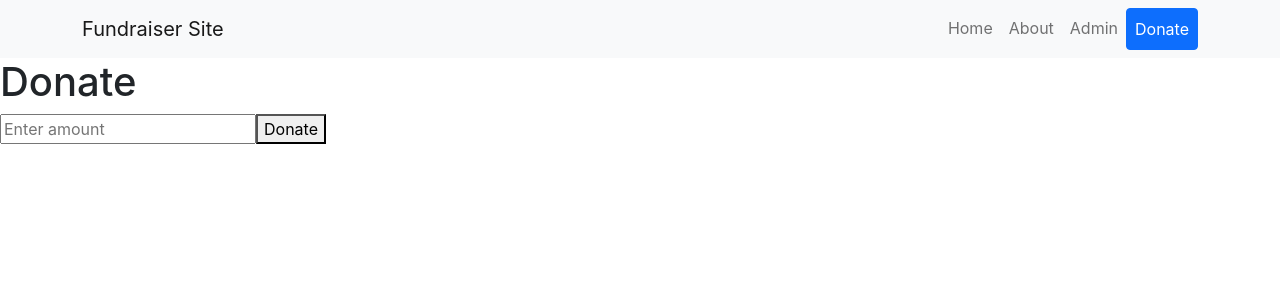
Repository: DragonFruit8/Fundraiser-Page
Page: /donate
An editor plug-in stored every save of this project. The page is shown before and after the next save, followed by the edit.
The browser window is 1280 px wide. The pictures show the whole page.
The project was rebuilt for these pictures with package versions that can differ from the ones it lists, and the page was loaded fresh each time. Also part of the build but not shown: src/pages/HomeContainer.js, src/pages/About.js, src/pages/Admin.js.

Above is the page before, as saved 2024-07-19 12:58:15.

After the next save:
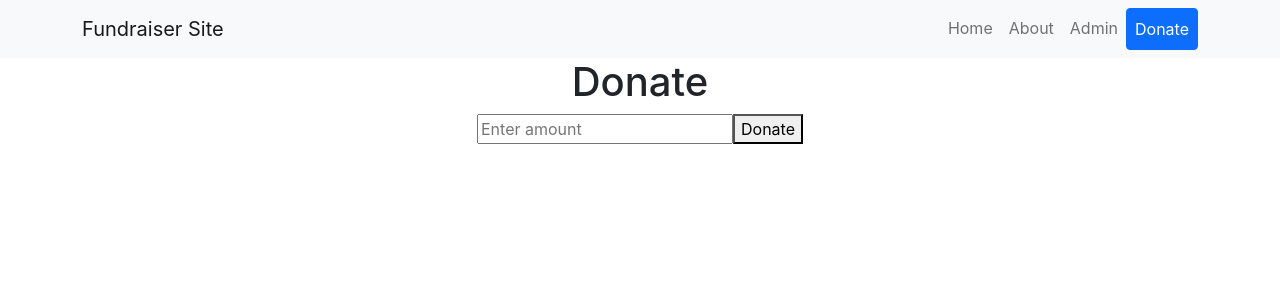
Saved 20 s later.
--- a/src/pages/Donate.js
+++ b/src/pages/Donate.js
@@ -1,5 +1,10 @@
 import React, { useState } from 'react';
+import styled from 'styled-components';
 import axios from 'axios';
+
+const DonateContainer = styled.div`
+  text-align: center;
+`;
 
 const Donate = () => {
     const [amount, setAmount] = useState('');
@@ -15,7 +20,7 @@ const Donate = () => {
     };
 
     return (
-        <div>
+        <DonateContainer className="container">
             <h1>Donate</h1>
             <input
                 type="number"
@@ -24,7 +29,7 @@ const Donate = () => {
                 placeholder="Enter amount"
             />
             <button onClick={handleDonate}>Donate</button>
-        </div>
+        </DonateContainer>
     );
 };
 
